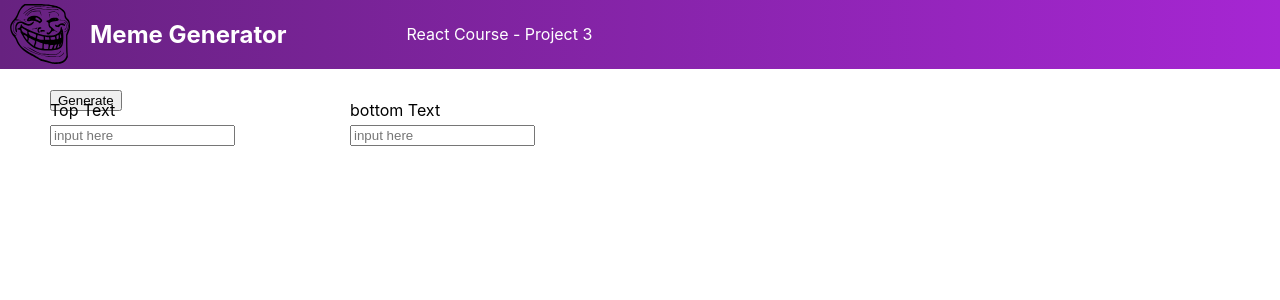
Repository: mortiestmorty1/meme-generator-react
Page: /
The author's editor kept a copy of each file at every save. The page is drawn from the files as they stood at one save, then again after the next save.
The browser window is 1280 px wide. The pictures show the whole page.
The project was rebuilt for these pictures with package versions that can differ from the ones it lists, and the page was loaded fresh each time.

Above is the page before, as saved 2024-01-17 19:20:48.

After the next save:
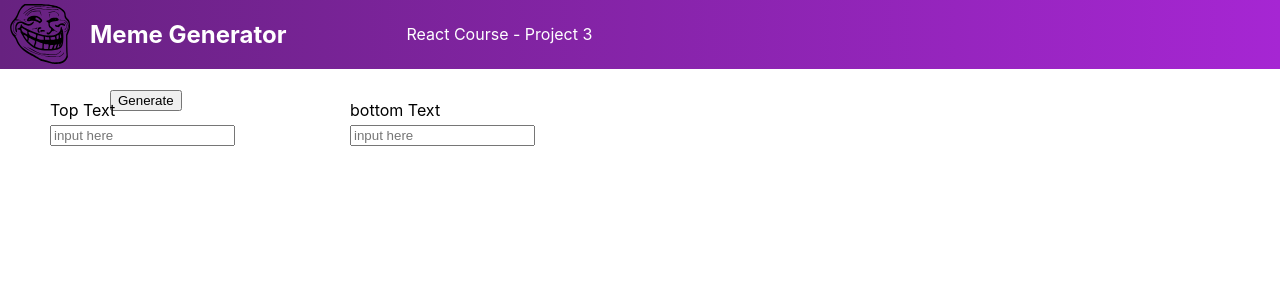
Saved 27 s later.
--- a/src/App.css
+++ b/src/App.css
@@ -47,5 +47,5 @@
     margin-left: 300px;
   }
   .generate{
-
+    margin-left: 60px;
   }
